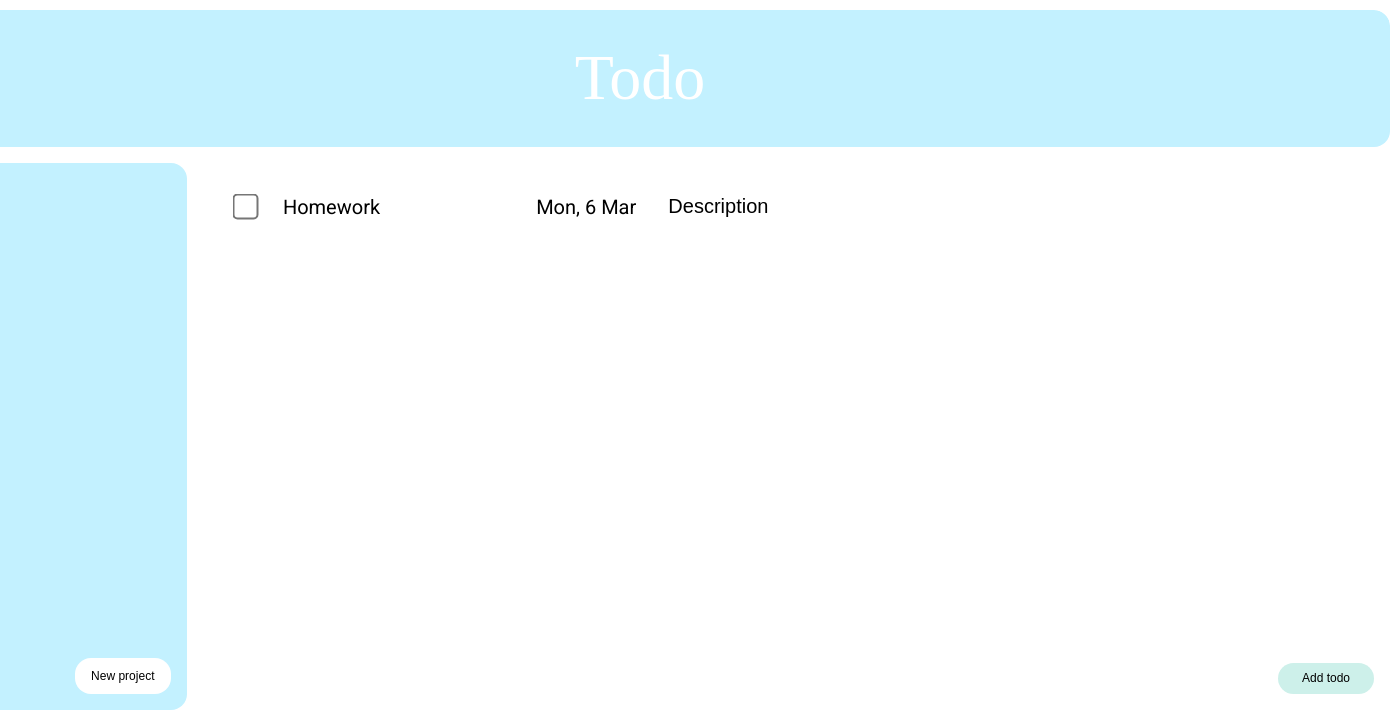
Repository: yeetzpxoci/todo-list
Page: dist/index.html
The author's editor kept a copy of each file at every save. The page is drawn from the files as they stood at one save, then again after the next save.
The browser window is 1280 px wide. The page is 1390 px wide, so the pictures cover 1390 px, including what lies to the right of the window. The pictures show the whole page.
Some web fonts or font styles are not loaded; a fallback is used.

Above is the page before, as saved 2023-03-07 17:28:53.
Console error: ReferenceError: projectNameSubmit is not defined

After the next save:
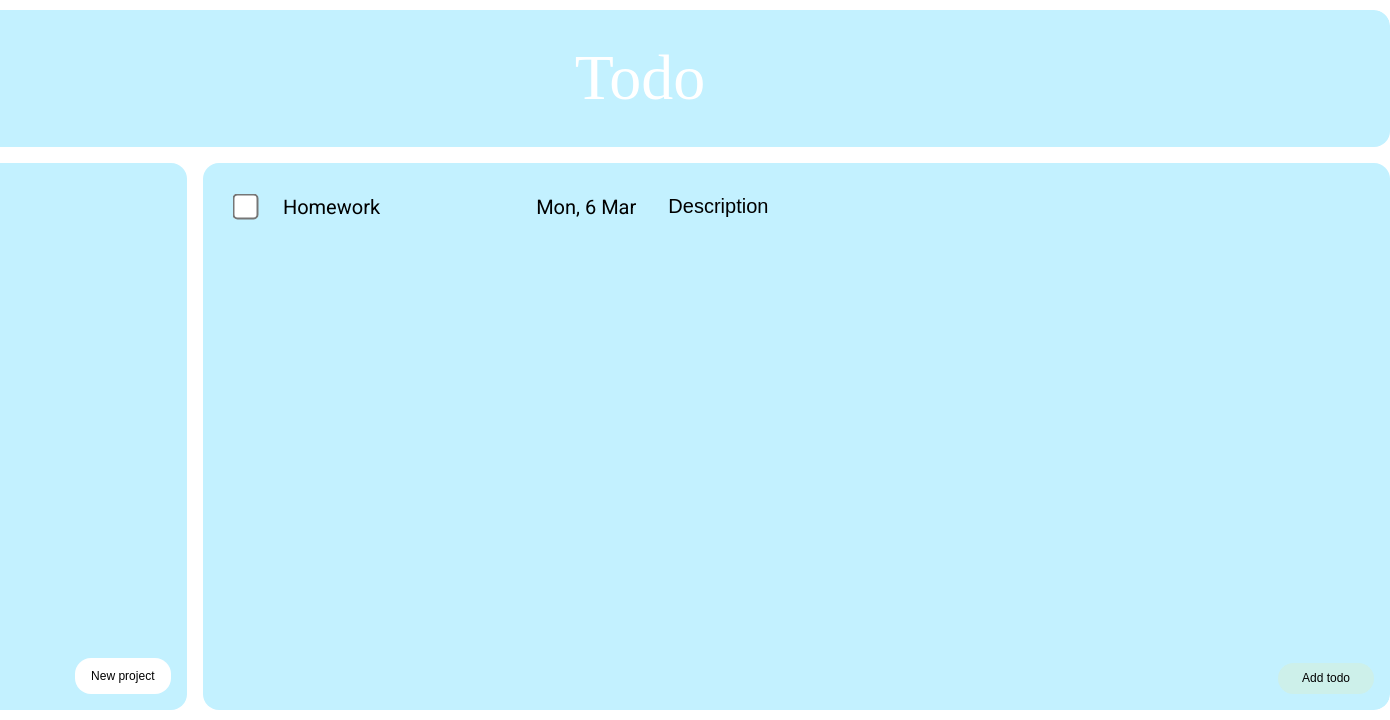
Saved 19 s later.
--- a/dist/styles.css
+++ b/dist/styles.css
@@ -106,7 +106,7 @@ p {
     display: flex;
     flex-direction: column;
     gap: 16px;
-    background-color: white;
+    background-color: #c3f1ff;
     border-radius: 16px;
 }
 
